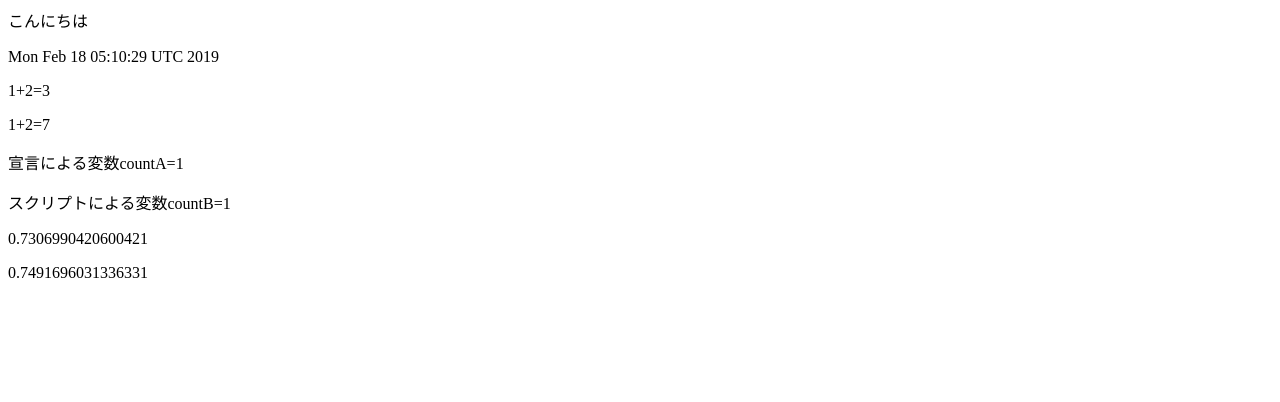
Repository: xiezom/test
Page: http://localhost/HelloJSP/
The author's editor kept a copy of each file at every save. The page is drawn from the files as they stood at one save, then again after the next save.
The browser window is 1280 px wide. The pictures show the whole page.
The page is served by Tomcat 9.

Above is the page before, as saved 2019-02-18 05:30:26.

After the next save:
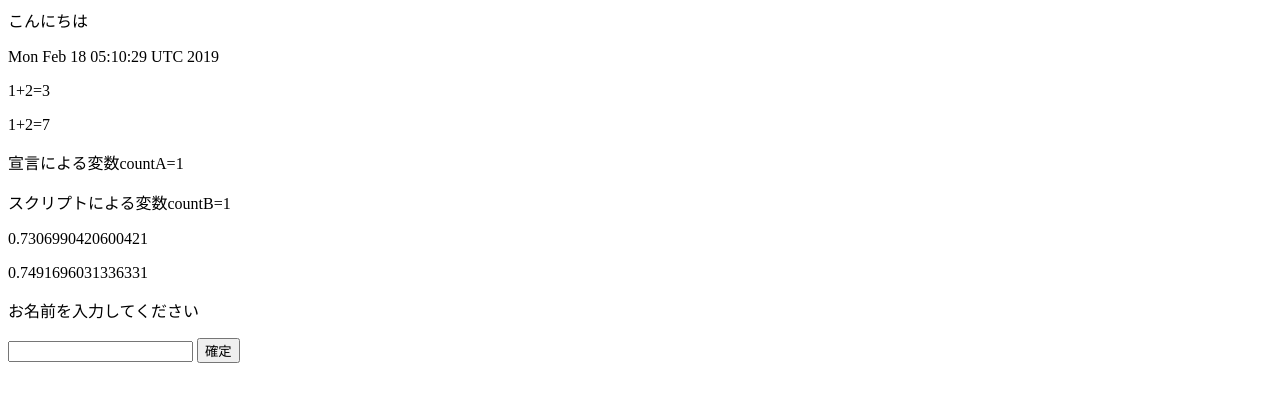
Saved 6 min 19 s later.
--- a/HelloJSP/WebContent/index.jsp
+++ b/HelloJSP/WebContent/index.jsp
@@ -28,5 +28,10 @@ countB++;
 <p>スクリプトによる変数countB=<%=countB %></p>
 <p><% out.println(Math.random()); %></p>
 <p><%=Math.random() %></p>
+<p>お名前を入力してください</p>
+<form method="post" action="greeting-out.jsp">
+<input type="text" name="user">
+<input type="submit" value="確定">
+</form>
 </body>
 </html>
